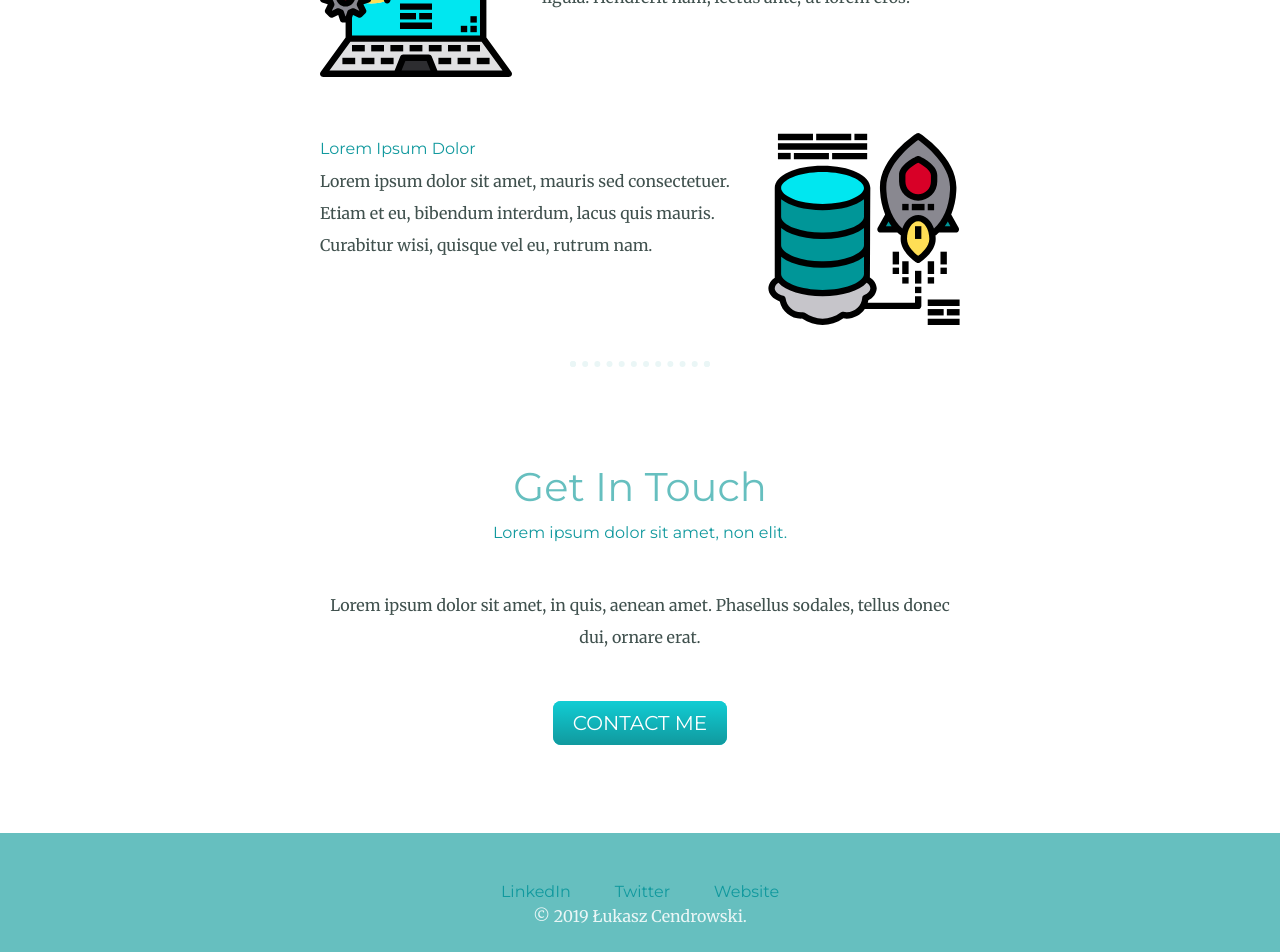
Repository: Isanderr/simple_landing_page-1
Page: index.html
An editor plug-in stored every save of this project. The page is shown before and after the next save, followed by the edit.
The browser window is 1280 px wide. The pictures show the part of the page from y = 1429 to 2381 px (the page is 2381 px tall before and 2373 px after).
A picture or video elsewhere on the page could not be fetched, so the positions and the page height are approximate.

Above is the page before, as saved 2019-02-01 18:11:20.

### index.html
<!DOCTYPE html>
<html lang="en">

    <head>
        <meta charset="UTF-8">
        <meta name="viewport" content="width=device-width, initial-scale=1.0">
        <meta http-equiv="X-UA-Compatible" content="ie=edge">
        <title>CendrowskiL</title>
        <link rel="stylesheet" href="css/reset.css">
        <link rel="stylesheet" href="css/styles.css">
        <link rel="shortcut icon" href="img/favicon.ico" type="image/x-icon">
        <link href="https://fonts.googleapis.com/css?family=Merriweather|Montserrat|Sacramento" rel="stylesheet">
    </head>

    <body>
    </body>
    <div class="top-container">
        <img class="top-cloud" src="img/cloud.png" alt="cloud-image">
        <h1>I'm Luke</h1>
        <h2>a <span class="pro">pro</span>grammer.</h2>
        <img class="bottom-cloud" src="img/cloud.png" alt="cloud-image">
        <img src="img/mountain.png" alt="mountain-image">
    </div>
    <div class="middle-container">
        <div class="profile">
            <img src="img/man.svg" alt="man" class="man-img">
            <h2>Hello.</h2>
            <p class="intro">Lorem ipsum dolor sit amet, vitae volutpat, dui conubia, dolor urna. Non auctor, montes
                nulla distinctio.</p>
        </div>
        <hr>
        <div class="skills">
            <h2>My Skills.</h2>
            <div class="skill-row">
                <img class="computer-img" src="img/optimize.svg" alt="computer">
                <h3>Lorem & Ipsum</h3>
                <p>Lorem ipsum dolor sit amet, quis in duis, iaculis id felis. Consectetuer vestibulum, nunc urna
                    lectus, erat ligula. Hendrerit nam, lectus ante, ut lorem eros.</p>
            </div>
            <div class="skill-row">
                <img src="img/hosting.svg" class="hosting-img" alt="rocket-databes">
                <h3>Lorem Ipsum Dolor</h3>
                <p>Lorem ipsum dolor sit amet, mauris sed consectetuer. Etiam et eu, bibendum interdum, lacus quis
                    mauris. Curabitur wisi, quisque vel eu, rutrum nam.</p>
            </div>
        </div>
        <hr>
        <div class="contact-me">
            <h2>Get In Touch</h2>
            <h3>Lorem ipsum dolor sit amet, non elit.</h3>
            <p class="contact-message">Lorem ipsum dolor sit amet, in quis, aenean amet. Phasellus sodales, tellus
                donec dui, ornare erat.</p>
            <a class="btn" href="mailto:name@email.com">CONTACT ME</a>
        </div>
    </div>
    <div class="bottom-container">
        <a class="footer-link" href="https://www.linkedin.com/">LinkedIn</a>
        <a class="footer-link" href="https://twitter.com/">Twitter</a>
        <a class="footer-link" href="https://www.appbrewery.co/">Website</a>
        <p class="copyright">© 2019 Łukasz Cendrowski.</p>
    </div>
    </body>

</html>

### css/styles.css
/* font-family: 'Merriweather', serif;
font-family: 'Sacramento', cursive;
font-family: 'Montserrat', sans-serif; */

body{
    color: #40514E;
    margin: 0;
    text-align: center;
    font-family: 'Merriweather', serif;
}

h1 {
    color: #66bfbf;
    margin-top: 50px auto 0 auto;
    font-family: 'Sacramento', cursive;
    font-size: 5.625rem;
    font-weight: bold;
}
h2 {
    font-size: 2.5rem;
    font-family: 'Montserrat', sans-serif;
    color: #66bfbf;
    font-weight: normal;
    padding-bottom: 10px;

}
h3 {
    font-family: 'Montserrat', sans-serif;
    color: #11999E;
    line-height: 2;

}

hr {
    border: dotted #EAF6F6 6px;
    border-bottom: none;
    width: 10%;
    margin: 100px auto;
}
p{
    line-height: 2;
}

a {
    color: #11999E;
    font-family: 'Montserrat', sans-serif;
    margin: 10px 20px;
    text-decoration: none;
}

a:hover {
    color: #eaf6f6;
}


.top-container {
background-color: #E4f9f5;
position: relative;
padding-top: 100px;
}
.middle-container {
margin: 100px 0;
}

.bottom-container {
background-color: #66BFBF;
padding: 50px 0 20px;
}

.pro {
    text-decoration: underline;
}

.contact-message {
    width: 50%;
    margin: 40px auto 60px;
}
.top-cloud{
position: absolute;
right: 35%;
top: 5%;
}
.bottom-cloud {
position: absolute;
left: 20%;
bottom: 50%;
}

.profile {
    width: 50%;
    margin: auto;
    margin: 100px auto 100px auto;
    line-height: 2;
}

.skill-row {
    width: 50%;
    margin: auto;
    margin: 120px auto 100px auto;
    text-align: left;
}

.man-img {
width: 30%;
}

.computer-img {
    width: 30%;
    float: left;
    margin-right: 30px;
}

.hosting-img {
    width: 30%;
    float: right;
    margin-left: 30px;
}

.copyright {
color:#eaf6f6;
}

.btn {
    background: #11cdd4;
    background-image: -webkit-linear-gradient(top, #11cdd4, #11999e);
    background-image: -moz-linear-gradient(top, #11cdd4, #11999e);
    background-image: -ms-linear-gradient(top, #11cdd4, #11999e);
    background-image: -o-linear-gradient(top, #11cdd4, #11999e);
    background-image: linear-gradient(to bottom, #11cdd4, #11999e);
    -webkit-border-radius: 8;
    -moz-border-radius: 8;
    border-radius: 8px;
    font-family: 'Montserrat', sans-serif;
    color: #ffffff;
    font-size: 20px;
    padding: 10px 20px 10px 20px;
    text-decoration: none;
  }

  .btn:hover {
    background: #30e3cb;
    background-image: -webkit-linear-gradient(top, #30e3cb, #2bc4a);
    background-image: -moz-linear-gradient(top, #30e3cb, #2bc4a);
    background-image: -ms-linear-gradient(top, #30e3cb, #2bc4a);
    background-image: -o-linear-gradient(top, #30e3cb, #2bc4a);
    background-image: linear-gradient(to bottom, #30e3cb, #2bc4a);
    text-decoration: none;
  }

Loaded but not shown: css/reset.css (common file)

After the next save:
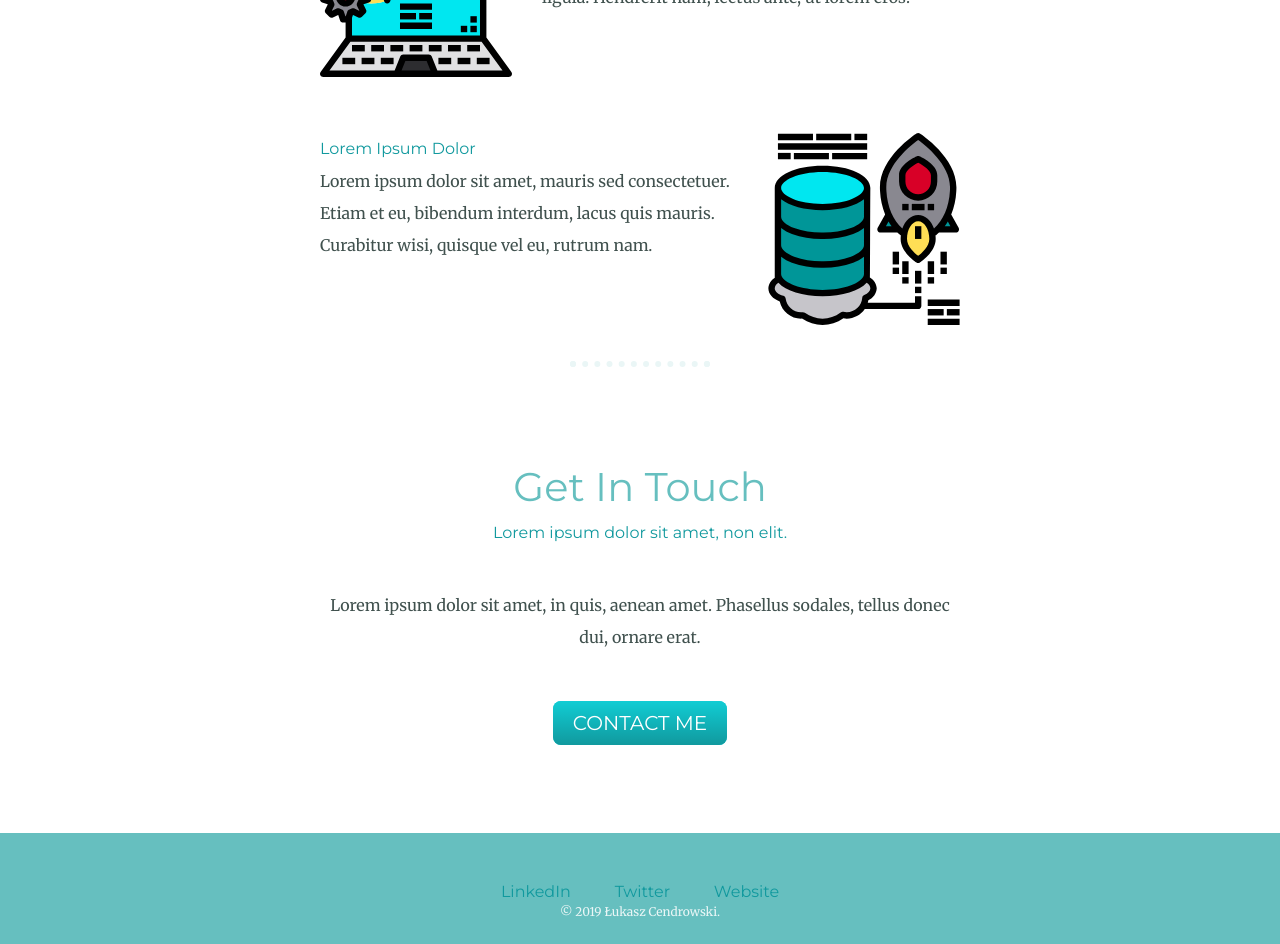
Saved 15 s later.
--- a/css/styles.css
+++ b/css/styles.css
@@ -118,6 +118,7 @@ width: 30%;
 
 .copyright {
 color:#eaf6f6;
+font-size: 0.75rem;
 }
 
 .btn {
